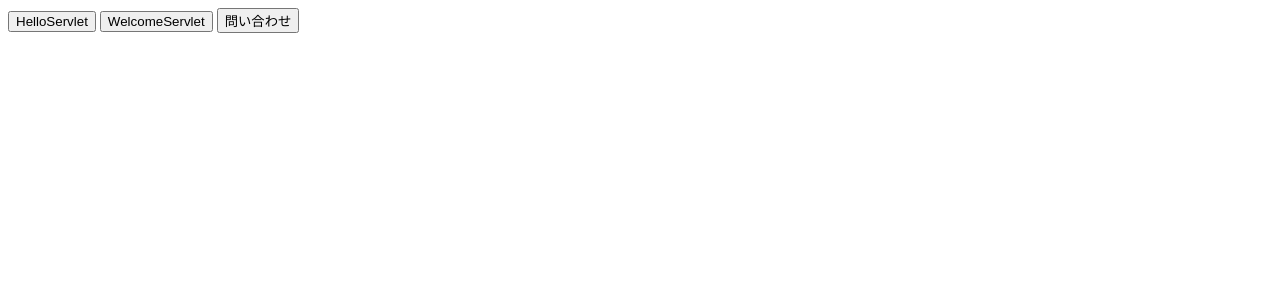
Repository: tatsuya-0/test
Page: http://localhost/HelloServlet/
The author's editor kept a copy of each file at every save. The page is drawn from the files as they stood at one save, then again after the next save.
The browser window is 1280 px wide. The pictures show the whole page.
The page is served by Tomcat 9.

Above is the page before, as saved 2018-03-01 08:23:41.

After the next save:
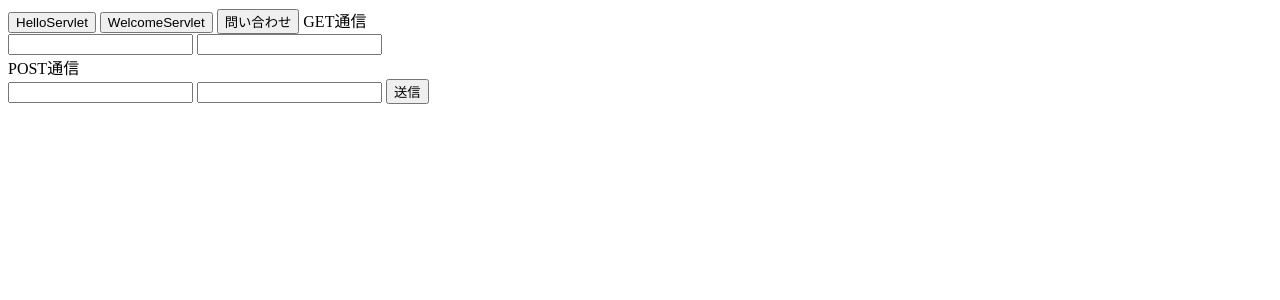
Saved 7 min 7 s later.
--- a/HelloServlet/WebContent/index.jsp
+++ b/HelloServlet/WebContent/index.jsp
@@ -10,5 +10,16 @@
 <input type="button" value="HelloServlet" onClick="location.href='HelloSrvlet'">
 <input type="button" value="WelcomeServlet" onClick="location.href='welcome.jsp'">
 <input type="button" value="問い合わせ"onClick="location.href='inquiry.jsp'">
+GET通信
+<form method="get" action="TestServlet">
+<input type="text" name="username">
+<input type="password"name="password">
+</form>
+POST通信
+<form method="post" action="TestServlet">
+<input type="text"name="username">
+<input type="password"name="password">
+<input type="submit"value="送信">
+</form>
 </body>
 </html>
